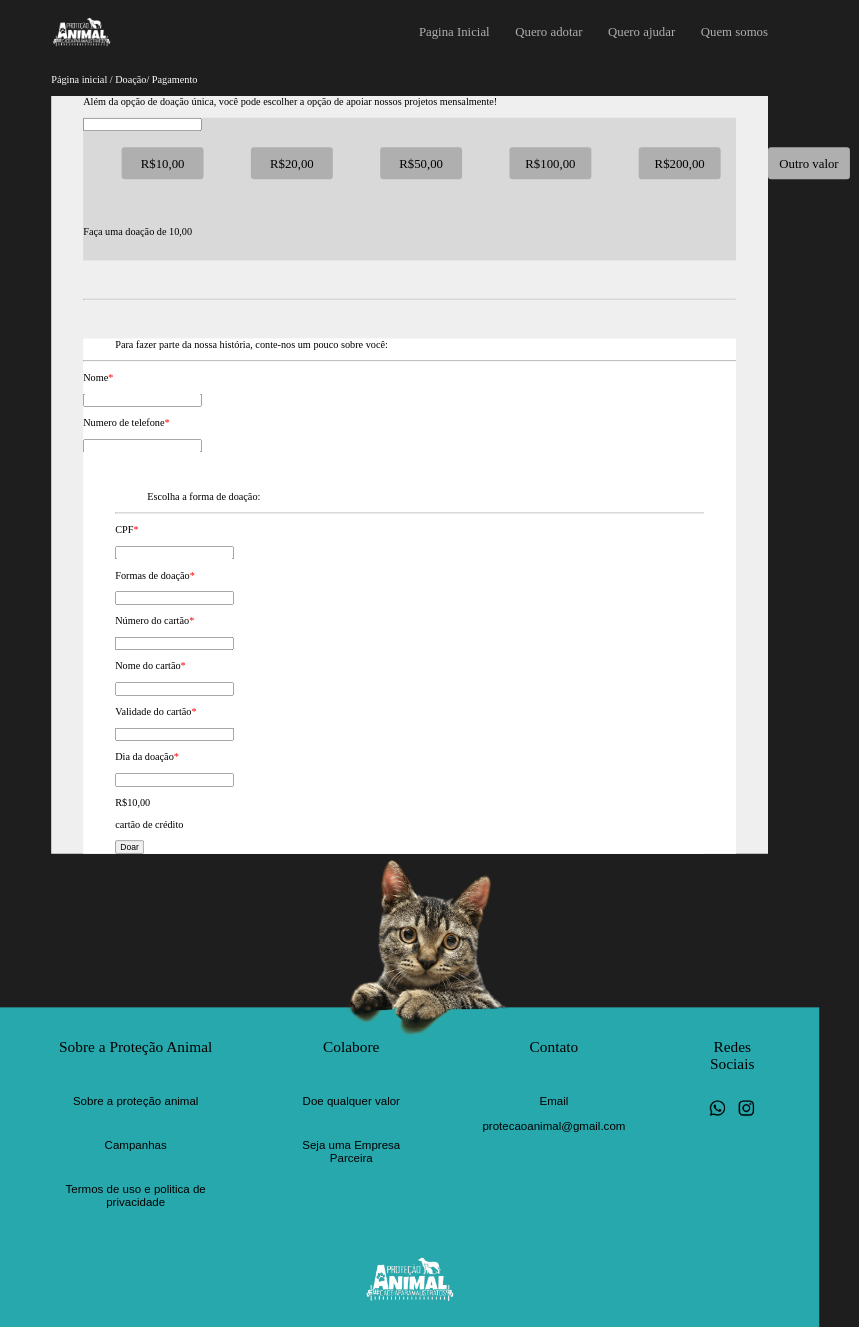
Repository: edjunior-nascimento/protecao-animal-web
Page: src/pages/formulario-doacao/index.html
The author's editor kept a copy of each file at every save. The page is drawn from the files as they stood at one save, then again after the next save.
The browser window is 1280 px wide. The page is 1342 px wide, so the pictures cover 1342 px, including what lies to the right of the window. The pictures show the whole page, at 64% of full size.

Above is the page before, as saved 2025-03-07 03:26:35.

After the next save:
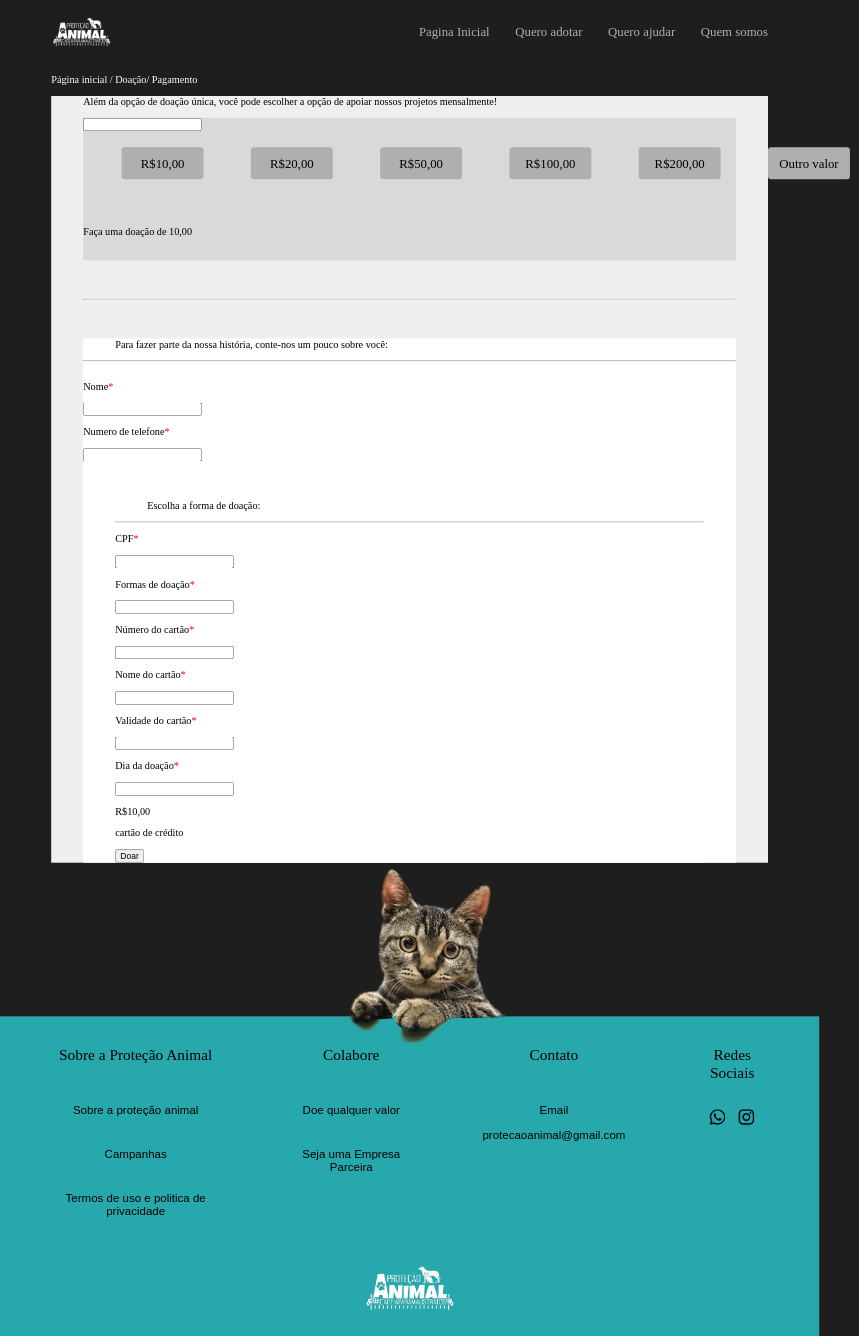
Saved 6 s later.
--- a/src/pages/formulario-doacao/style.css
+++ b/src/pages/formulario-doacao/style.css
@@ -119,7 +119,7 @@ main {
 .card {
   background-color: var(--box-color);
 }
-.cad {
+.dados {
   margin-top: 30px;
 }
 
